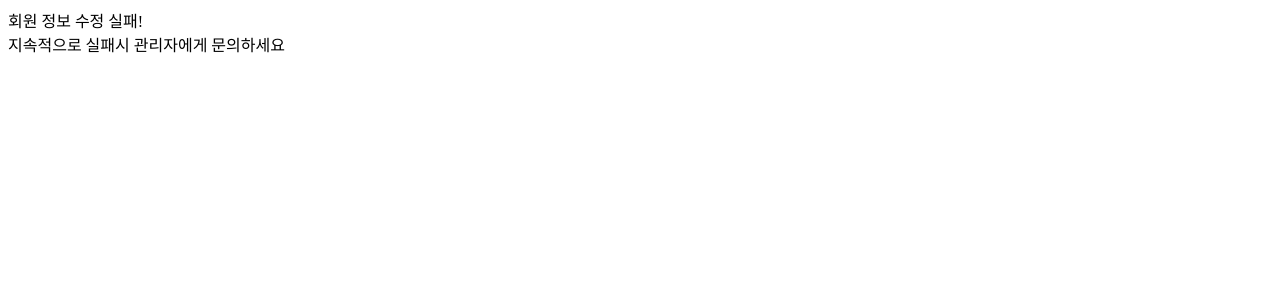
Repository: minimelody/servlet
Page: http://localhost/web1/views/member/memberUpdate.jsp
These files come from the project's save history. The page is drawn as it stood at one moment and after a run of saves; the edit follows.
The browser window is 1280 px wide. The pictures show the whole page.
The page is served by Tomcat 9. Other server files are loaded and not shown. Queries for data that is not in the repository find no rows.

Above is the page before, as saved 2018-05-21 08:23:49.

### webworkspace2/web1/WebContent/views/member/memberUpdate.jsp
<%@ page language="java" contentType="text/html; charset=UTF-8"
    pageEncoding="UTF-8" import="member.model.vo.*" import="member.model.service.*" %>
<!DOCTYPE html PUBLIC "-//W3C//DTD HTML 4.01 Transitional//EN" "http://www.w3.org/TR/html4/loose.dtd">
<html>
<head>
<meta http-equiv="Content-Type" content="text/html; charset=UTF-8">
<title>회원 정보 수정</title>
</head>
<body>
<%
	Member m = new Member();
	request.setCharacterEncoding("utf-8");
	m.setMemberId(request.getParameter("userId"));
	m.setMemberPwd(request.getParameter("userPwd"));
	m.setMemberAddr(request.getParameter("userAddr"));
	boolean chk = new MemberService().updateMember(m);
	if(chk==true)
	{
%>
		회원 정보 수정 완료!<br>
<% }else{%>
	회원 정보 수정 실패!<br>
	지속적으로 실패시 관리자에게 문의하세요<br>
<% } %>

</body>
</html>

### webworkspace2/web1/src/member/model/vo/Member.java
package member.model.vo;

public class Member {
	private String memberId;
	private String memberPwd;
	private String memberName;
	private int memberAge;
	private String memberAddr;

	public Member() {} //디폴트 생성자

	public Member(String memberId, String memberPwd, String memberName, int memberAge, String memberAddr) {
		this.memberId = memberId;
		this.memberPwd = memberPwd;
		this.memberName = memberName;
		this.memberAge = memberAge;
		this.memberAddr = memberAddr;
	}



	@Override
	public String toString() {
		return "Member [memberId=" + memberId + ", memberPwd=" + memberPwd + ", memberName=" + memberName
				+ ", memberAge=" + memberAge + ", memberAddr=" + memberAddr + "]";
	}

	public String getMemberId() {
		return memberId;
	}
	public void setMemberId(String memberId) {
		this.memberId = memberId;
	}
	public String getMemberPwd() {
		return memberPwd;
	}
	public void setMemberPwd(String memberPwd) {
		this.memberPwd = memberPwd;
	}
	public String getMemberName() {
		return memberName;
	}
	public void setMemberName(String memberName) {
		this.memberName = memberName;
	}
	public int getMemberAge() {
		return memberAge;
	}
	public void setMemberAge(int memberAge) {
		this.memberAge = memberAge;
	}
	public String getMemberAddr() {
		return memberAddr;
	}
	public void setMemberAddr(String memberAddr) {
		this.memberAddr = memberAddr;
	}


}

### webworkspace2/web1/src/member/model/service/MemberService.java
package member.model.service;

import java.sql.Connection;
import java.sql.DriverManager;
import java.sql.SQLException;

import member.model.dao.MemberDao;
import member.model.vo.Member;

public class MemberService {
	public MemberService() {} //디폴트 생성자

	public Member selectMember(String userId,String userPwd)
	{
		Connection conn = null;
		Member m = null;
		try {
			Class.forName("oracle.jdbc.driver.OracleDriver");
			conn = DriverManager.getConnection("jdbc:oracle:thin:@localhost:1521:xe","login_member","login_member");
			m = new MemberDao().selectMember(conn,userId,userPwd);
		} catch (ClassNotFoundException e) {
			e.printStackTrace();
		} catch (SQLException e) {
			e.printStackTrace();
		} finally {
			try {
				conn.close();
			} catch (SQLException e) {
				e.printStackTrace();
			}
		}
		return m;
	}

	public boolean updateMember(Member m)
	{
		Connection conn = null;
		boolean chk=false;
		try {
			Class.forName("oracle.jdbc.driver.OracleDriver");
			conn = DriverManager.getConnection("jdbc:oracle:thin:@localhost:1521:xe","login_member","login_member");
			chk = new MemberDao().updateMember(conn,m);
		} catch (ClassNotFoundException e) {
			e.printStackTrace();
		} catch (SQLException e) {
			e.printStackTrace();
		} finally {
			try {
				conn.close();
			} catch (SQLException e) {
				e.printStackTrace();
			}
		}
		return chk;
	}
}

### webworkspace2/web1/src/member/model/dao/MemberDao.java
package member.model.dao;

import java.sql.Connection;
import java.sql.ResultSet;
import java.sql.SQLException;
import java.sql.Statement;

import member.model.vo.Member;

public class MemberDao {

	public Member selectMember(Connection conn, String userId, String userPwd) {
		Statement stmt = null;
		ResultSet rset = null;

		String query = "SELECT * FROM member WHERE MEMBER_ID = '" + userId + "' AND MEMBER_PWD = '" + userPwd + "'";

		Member m = null;

		try {
			stmt = conn.createStatement();
			rset = stmt.executeQuery(query);

			if(rset.next())
			{
				m = new Member();
				m.setMemberId(rset.getString("member_id"));
				m.setMemberPwd(rset.getString("member_pwd"));
				m.setMemberName(rset.getString("member_name"));
				m.setMemberAge(rset.getInt("member_age"));
				m.setMemberAddr(rset.getString("member_addr"));
			}
		} catch (SQLException e) {
			e.printStackTrace();
		} finally {
			try {
				rset.close();
				stmt.close();
			} catch (SQLException e) {
				e.printStackTrace();
			}

		}

		return m;
	}

	public boolean updateMember(Connection conn, Member m) {
		Statement stmt = null;
		int result = 0;

		String query = "UPDATE member SET MEMBER_PWD = '" + m.getMemberPwd()
						+ "', MEMBER_ADDR = '" + m.getMemberAddr() + "' WHERE MEMBER_ID = '" + m.getMemberId() + "'";


		try {
			stmt = conn.createStatement();
			result = stmt.executeUpdate(query);
			if(result>0)
			{
				conn.commit();
			}
			else
			{
				conn.rollback();
			}

		} catch (SQLException e) {
			e.printStackTrace();
		} finally {
			try {
				stmt.close();
			} catch (SQLException e) {
				e.printStackTrace();
			}

		}

		return result>0;
	}

}

After the next 2 saves:
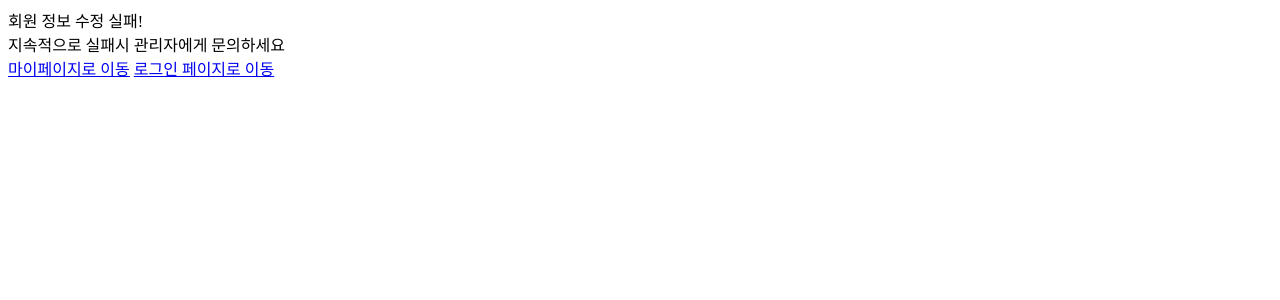
The 2 saves are shown as one change because they came seconds apart.
The last was saved 37 s later.
--- a/webworkspace2/web1/WebContent/views/member/memberUpdate.jsp
+++ b/webworkspace2/web1/WebContent/views/member/memberUpdate.jsp
@@ -22,6 +22,7 @@
 	회원 정보 수정 실패!<br>
 	지속적으로 실패시 관리자에게 문의하세요<br>
 <% } %>
-
+<a href="/web1/views/member/myinfo.jsp">마이페이지로 이동</a>
+<a href="/web1/views/member/memberIndex.html">로그인 페이지로 이동</a>
 </body>
 </html>
